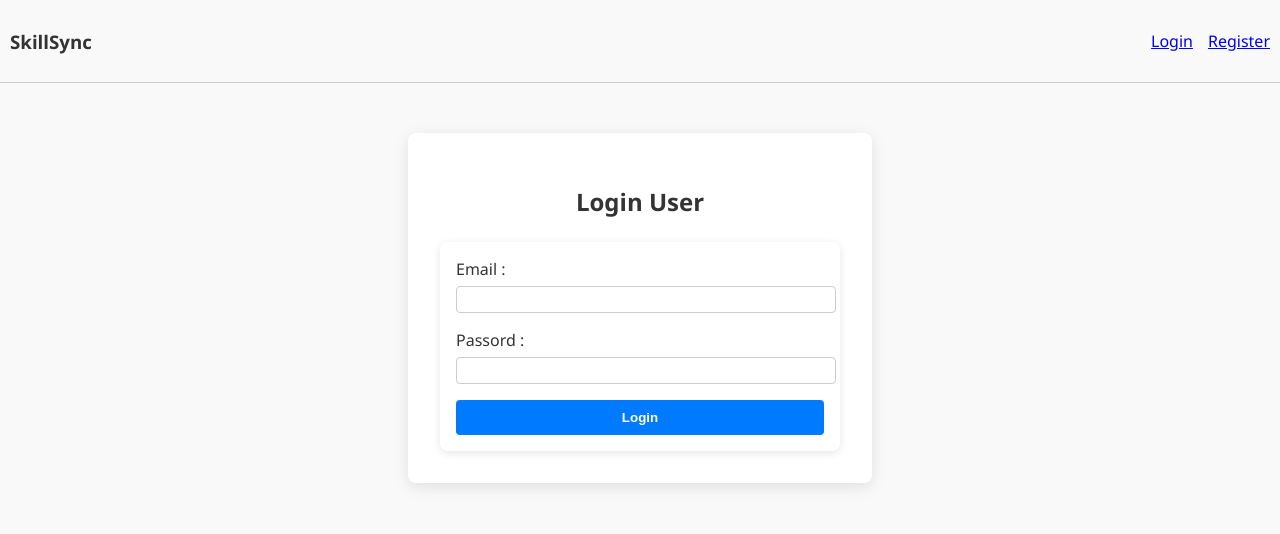
Repository: bharathabhi46/SkillSync-FrontEnd
Page: /CreateUser
These files come from the project's save history. The page is drawn as it stood at one moment and after the next save; the edit follows.
The browser window is 1280 px wide. The pictures show the whole page.
The project was rebuilt for these pictures with package versions that can differ from the ones it lists, and the page was loaded fresh each time. Also part of the build but not shown: vite.config.js, src/Components/CreateUser/CreateUser.jsx, src/Components/UserList/UserList.jsx, src/Components/EditUser/EditUser.jsx, src/Components/RegisterUser/RegisterUser.jsx, src/Components/Home/Home.css, src/Components/Home/Home.jsx.

Above is the page before, as saved 2025-06-28 13:53:38.

After the next save:
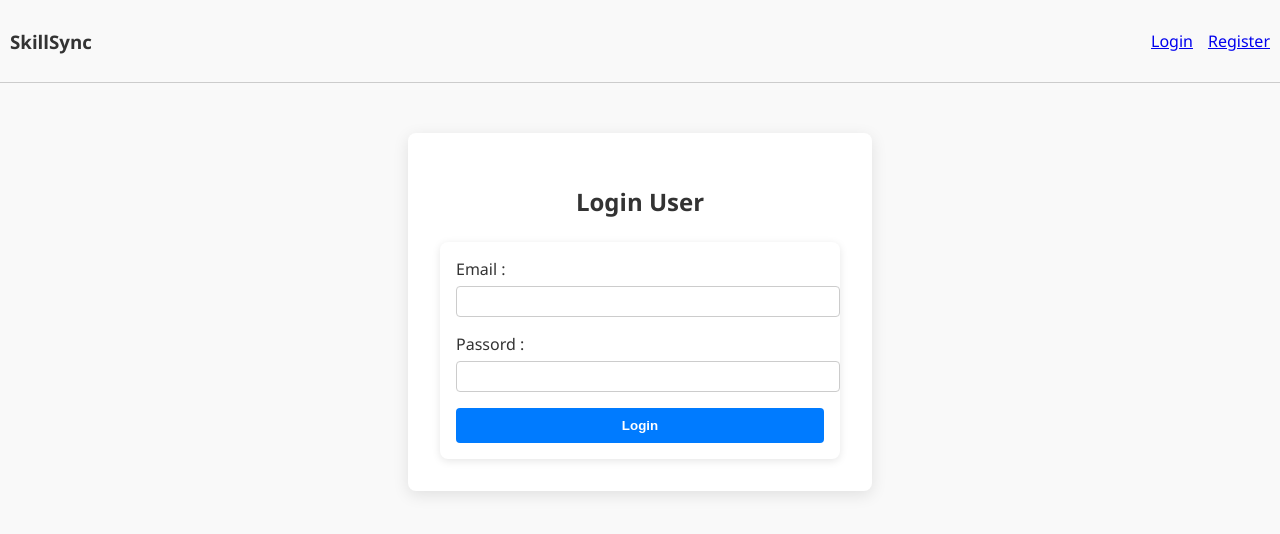
Saved 6 s later.
--- a/src/Components/LoginUser/LoginUser.css
+++ b/src/Components/LoginUser/LoginUser.css
@@ -19,7 +19,7 @@
 }
 
 .container input {
-  padding: 5px;
+  padding: 7px;
   margin-bottom: 1rem;
   border: 1px solid #ccc;
   border-radius: 4px;
